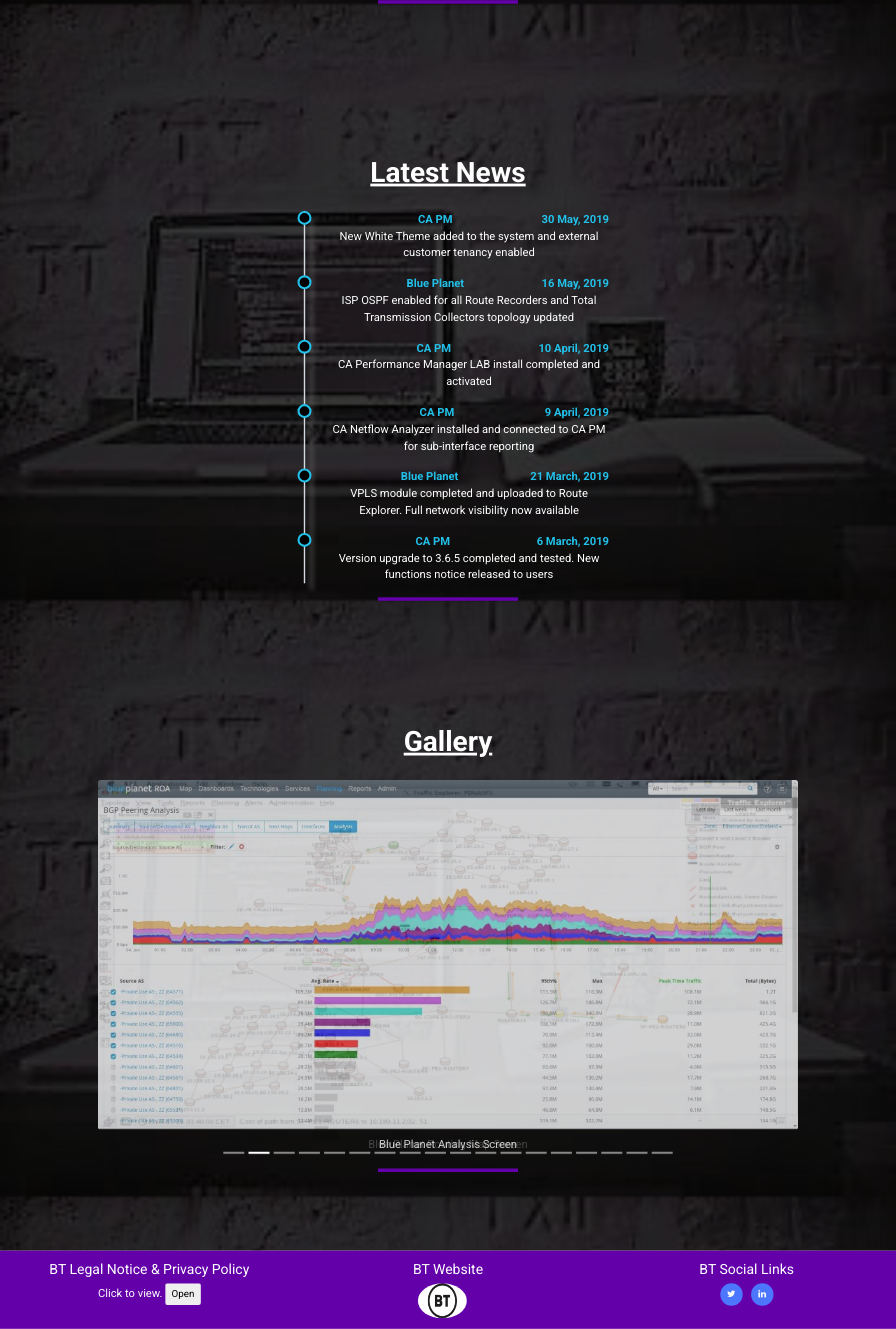
Repository: Mofarrell1967/Application-Manager
Page: index.html
The author's editor kept a record of every edit. The page is drawn from the files as they stood at one moment, then again after the next edit.
The browser window is 1280 px wide. The pictures show the part of the page from y = 845 to 2765 px (the page is 2744 px tall before and 2765 px after), at 70% of full size.
Backgrounds fixed to the window are drawn as part of the page. Some web libraries are served in a nearby version.

Above is the page before.

### index.html
<!DOCTYPE html>
<html lang="en-us">

<head>
  <meta charset="utf-8">
  <meta name="viewport" content="width=device-width, initial-scale=1.0">
  <link rel="stylesheet" href="https://maxcdn.bootstrapcdn.com/bootstrap/4.1.3/css/bootstrap.min.css">
  <link rel="stylesheet" href="https://use.fontawesome.com/releases/v5.6.1/css/all.css" integrity="sha384-gfdkjb5BdAXd+lj+gudLWI+BXq4IuLW5IT+brZEZsLFm++aCMlF1V92rMkPaX4PP" crossorigin="anonymous">
  <link rel="stylesheet" href="https://stackpath.bootstrapcdn.com/font-awesome/4.7.0/css/font-awesome.min.css" type="text/css" />
  <link href="https://fonts.googleapis.com/css?family=Roboto:400,700" rel="stylesheet">
  <link rel="stylesheet" href="css/main.css" type="text/css" />
  <title>Application Manager</title>
</head>

<body>

  <!-- Nav Bar Start -->

  <nav class="navbar no-gutters fixed-top navbar-dark navbar-expand-sm">
    <a href="index.html" class="navbar-brand">Capacity Analysis Applications</a>
    <ul class="navbar-nav navbar-brand"></ul>


    <button class="navbar-toggler ml-auto" type="button" data-toggle="collapse" data-target="#navbarNavDropdown" aria-controls="navbarNavDropdown" aria-expanded="false">
        <span class="navbar-toggler-icon"></span></button>

    <div class="collapse navbar-collapse" id="navbarNavDropdown">
      <ul class="navbar-nav ml-auto">
        <li class="nav-item"><a class="nav-link scroll" href="#news">Latest News</a></li>
        <li class="nav-item"><a class="nav-link scroll" href="#gallery">Gallery</a></li>
        <li class="nav-item"><a class="nav-link" href="about.html">About</a></li>
        <li class="nav-item"><a class="nav-link" href="metrics.html">Metrics</a></li>
        <li class="nav-item"><a class="nav-link" href="contact.html">Contact</a></li>
      </ul>
    </div>
  </nav>

  <!-- Nav Bar End -->


  <!-- Jumbotron Start -->

  <div class="container-fluid callout-container">
    <div class="opaque-overlay">&nbsp;</div>

    <div class="row">
      <div class="col-12">
        <section class="callout jumbotron text-center">
          <h1>Network Capacity Analysis Applications.</h1>
          <h2>Application Management & Information Pages.</h2>
          <hr class="block-divider">
          <p class="lead">Capacity Analysis manages and administers two reporting systems.
            <p class="main">CA Performance Manager (CAPM) and Ciena Blue Planet Route Optimisation & Assurance (BP ROA) </p>
            <p class="main">Please review the system details and functions before requesting access</p>
            <hr class="block-divider">

            <h3 class="status">Existing users can login here!</h3>
            <div class="form-group row">
              <div class="col-md-6">
                <p class="main">CA Performance Manager <button type="button" class="btn btn-outline-primary">Login</button>
              </div>
              <div class="col-md-6">
                <p class="main">BP Routing Optimisation <button type="button" class="btn btn-outline-primary">Login</button>
              </div>
            </div>

            <h3 class="main">Service Application and Server Health</h3>

            <div class="form-group row">
              <div class="col-md-6">
                <p class="main">CA Performance Manager <button type="button" class="btn btn-outline-success">System Health: Good</button>
              </div>
              <div class="col-md-6">
                <p class="main">BP Route Optimisation <button type="button" class="btn btn-outline-success">System Health: Good</button>
              </div>
            </div>
            <hr class="block-divider">


            <!-- Latest News Section Start -->


            <section-news id="news">
              <div class="col-md-6 mt-5 offset-md-3">
                <h1 class="news">Latest News</h1>

                <ul class="timeline">
                  <li>
                    <span class="nheaders">CA PM </span><span class="nheaders float-right"> 30 May, 2019</span>
                    <p>New White Theme added to the system and external customer tenancy enabled</p>
                  </li>
                  <li>
                    <span class="nheaders">Blue Planet </span><span class="nheaders float-right"> 16 May, 2019</span>
                    <p>ISP OSPF enabled for all Route Recorders and Total Transmission Collectors topology updated</p>
                  </li>
                  <li>
                    <span class="nheaders">CA PM </span><span class="nheaders float-right"> 10 April, 2019</span>
                    <p>CA Performance Manager LAB install completed and activated</p>
                  </li>
                  <li>
                    <span class="nheaders">CA PM </span><span class="nheaders float-right"> 9 April, 2019</span>
                    <p>CA Netflow Analyzer installed and connected to CA PM for sub-interface reporting</p>
                  </li>
                  <li>
                    <span class="nheaders">Blue Planet </span><span class="nheaders float-right"> 21 March, 2019</span>
                    <p>VPLS module completed and uploaded to Route Explorer. Full network visibility now available</p>
                  </li>
                  <li>
                    <span class="nheaders">CA PM </span><span class="nheaders float-right"> 6 March, 2019</span>
                    <p>Version upgrade to 3.6.5 completed and tested. New functions notice released to users</p>
                  </li>

                </ul>
                <hr class="block-divider">
              </div>
            </section-news>

            <!-- Latest News Section End -->



            <!-- Gallery Section Start -->

            <section-gallery id="gallery">
              <div id="btcarousel" class="carousel slide carousel-fade mt-5" data-ride="carousel">
                <h1 class="gallery">Gallery</h1>


                <!-- Indicators -->
                <ul class="carousel-indicators">
                  <li data-target="#btcarousel" data-slide-to="0" class="active"></li>
                  <li data-target="#btcarousel" data-slide-to="1"></li>
                  <li data-target="#btcarousel" data-slide-to="2"></li>
                  <li data-target="#btcarousel" data-slide-to="3"></li>
                  <li data-target="#btcarousel" data-slide-to="4"></li>
                  <li data-target="#btcarousel" data-slide-to="5"></li>
                  <li data-target="#btcarousel" data-slide-to="6"></li>
                  <li data-target="#btcarousel" data-slide-to="7"></li>
                  <li data-target="#btcarousel" data-slide-to="8"></li>
                  <li data-target="#btcarousel" data-slide-to="9"></li>
                  <li data-target="#btcarousel" data-slide-to="10"></li>
                  <li data-target="#btcarousel" data-slide-to="11"></li>
                  <li data-target="#btcarousel" data-slide-to="12"></li>
                  <li data-target="#btcarousel" data-slide-to="13"></li>
                  <li data-target="#btcarousel" data-slide-to="14"></li>
                  <li data-target="#btcarousel" data-slide-to="15"></li>
                  <li data-target="#btcarousel" data-slide-to="16"></li>
                  <li data-target="#btcarousel" data-slide-to="17"></li>
                </ul>


                <!-- The slideshow -->
                <div class="carousel-inner">
                  <div class="carousel-item active">
                    <img src="images/bp-analysis.jpg" alt="1" class="img-fluid rounded">
                    <h6 class="image-labels"> Blue Planet Analysis Screen</h6>
                  </div>
                  <div class="carousel-item">
                    <img src="images/bp-routing-map.png" alt="2" class="img-fluid rounded">
                    <h6 class="image-labels"> Blue Planet Routing Map Screen</h6>
                  </div>
                  <div class="carousel-item">
                    <img src="images/bp-service-overview.jpg" alt="3" class="img-fluid rounded">
                    <h6 class="image-labels"> Blue Planet Service Overview Screen</h6>
                  </div>
                  <div class="carousel-item">
                    <img src="images/bp-service.jpg" alt="4" class="img-fluid rounded">
                    <h6 class="image-labels"> Blue Planet Service Screen</h6>
                  </div>
                  <div class="carousel-item">
                    <img src="images/bp-topology.png" alt="5" class="img-fluid rounded">
                    <h6 class="image-labels"> Blue Planet Topology Screen</h6>
                  </div>
                  <div class="carousel-item">
                    <img src="images/ca-overview.jpg" alt="6" class="img-fluid rounded">
                    <h6 class="image-labels"> CA PM Overview Screen</h6>
                  </div>
                  <div class="carousel-item">
                    <img src="images/bp-traffic-performance.jpg" alt="7" class="img-fluid rounded">
                    <h6 class="image-labels"> Blue Planet Traffic Performance Screen</h6>
                  </div>
                  <div class="carousel-item">
                    <img src="images/bp-traffic-report.png" alt="8" class="img-fluid rounded">
                    <h6 class="image-labels"> Blue Planet Traffic Report Screen</h6>
                  </div>
                  <div class="carousel-item">
                    <img src="images/ca-polling.jpg" alt="9" class="img-fluid rounded">
                    <h6 class="image-labels"> CA PM Polling Status Screen</h6>
                  </div>
                  <div class="carousel-item">
                    <img src="images/ca-summary.jpg" alt="10" class="img-fluid rounded">
                    <h6 class="image-labels"> CA PM Summary Screen</h6>
                  </div>
                  <div class="carousel-item">
                    <img src="images/ca-group-trend.jpg" alt="11" class="img-fluid rounded">
                    <h6 class="image-labels"> CA PM Group Trend Screen</h6>
                  </div>
                  <div class="carousel-item">
                    <img src="images/ca-interface.jpg" alt="12" class="img-fluid rounded">
                    <h6 class="image-labels"> CA PM Interface Screen</h6>
                  </div>
                  <div class="carousel-item">
                    <img src="images/ca-map.png" alt="13" class="img-fluid rounded">
                    <h6 class="image-labels"> CA PM Map Screen</h6>
                  </div>
                  <div class="carousel-item">
                    <img src="images/ca-status-card.jpg" alt="14" class="img-fluid rounded">
                    <h6 class="image-labels"> CA PM Status Card Screen</h6>
                  </div>
                  <div class="carousel-item">
                    <img src="images/capacity-planning.jpg" alt="15" class="img-fluid rounded">
                    <h6 class="image-labels"> Blue Planet Capacity Planning Screen</h6>
                  </div>
                  <div class="carousel-item">
                    <img src="images/device-health.jpg" alt="16" class="img-fluid rounded">
                    <h6 class="image-labels"> CA PM Device Health Screen</h6>
                  </div>
                  <div class="carousel-item">
                    <img src="images/executive.jpg" alt="17" class="img-fluid rounded">
                    <h6 class="image-labels"> Blue Planet Executive Summary Screen</h6>
                  </div>
                </div>
                <hr class="block-divider">
              </div>
            </section-gallery>

            <!-- Gallery Section End -->

        </section>
      </div>
    </div>
  </div>

  <!-- Jumbotron End -->



  <!-- Footer Modal Start -->


  <div class="modal" tabindex="-1" role="dialog" id="PPModal">
    <div class="modal-dialog modal-dialog-scrollable">
      <div class="modal-content">
        <div class="modal-header">
          <h5 class="modal-title">Legal Notice & Privacy Policy</h5>
          <button type="button" class="close" data-dismiss="modal" aria-label="Close">
          <span aria-hidden="true">&times;</span>
        </button>
        </div>
        <div class="modal-body">
          <h3>General Disclaimer</h3>

          <p>BT has taken every effort to ensure the content accuracy of website, but neither BT nor its contractors accept responsibility for any errors or omissions in such content.</p>
          <p>Neither BT nor any third party who provides content to this website shall liable in respect of the content or its accuracy. You, the User, access the site and use the content, products and services at your own risk.</p>
          <p>BT disclaims all responsibility and liability of any description including liability for negligence, incidental or consequential damages and or loss (to include loss of profits, loss of use or loss of data) suffered by any person acting or refraining
            from acting as a result of or in connection with material on this website to include any reliance placed by such person on such material, or the viewing , use or performance of this website or its contents, whether with the required authority
            or otherwise.
            <p>BT may at any time revise, amend, alter or delete this information without liability.</p>
            <p>This website is governed, interpreted and construed in accordance with the law in the Republic of Ireland, whose courts have exclusive jurisdiction over any disputes or actions arising on this website</p>
            <h3>ComReg Code for Tariff Presentation</h3>
            <p>BT is required to adhere to the principles set out in the ComReg Code for Tariff Presentation. This Code requires the presentation of accurate and comprehensive tariff information that is accessible to the consumer. BT complies with the Code,
              a full copy of which can be accessed on the ComReg website.</p>
            <h3>Privacy Notice</h3>
            <h4>Who is BT?</h4>
            <p> BT Communications Ireland Limited (‘BT’) is a wholly owned subsidiary of BT Group plc, and a fully integrated division of BT Major and Public Sector. BT Communications Ireland Limited, trading as BT or BT Ireland, is registered in Ireland
              under number company registration number 141524 and its registered address is BT, Grand Canal Plaza, Upper Grand Canal Street, Dublin 4, Republic of Ireland, Tel: +353 1 432 5000 Freephone: 1800 923 222</p>
            <h4>Why does BT have a Privacy Notice?</h4>
            <p>At BT, we take privacy very seriously. Protecting your information and respecting your privacy is fundamental to the way we do things. If you want to know more about how we collect and use your personal information in different situations,
              have a look at the dedicated sections of the Privacy Centre here www.btplc.com/privacycentre/index.htm</p>
            <p>Please read the policies in the Privacy Centre along with the terms and conditions of any particular service you’re using. We may change the policies in our Privacy Centre from time to time. We’ll publish any new policies on our Privacy Centre,
              any other relevant websites and our terms and conditions (if applicable).By visiting and browsing our website and using our services you indicate your agreement to our use of your personal information as set out in this Privacy Policy. We
              may change our privacy policy from time to time.</p>
            <h4>What is not covered by the Privacy notice?</h4>
            <p>Third party sites, applications and social media, including products and services that you can link to from our websites aren’t covered by the policies in our Privacy Centre, so we urge you to be careful when you enter any personal information
              online or use applications and social media features. You should review the privacy policy of such sites before providing your personal information. As we don’t control those third party sites and their practices, we don’t accept any responsibility
              or liability for these sites.</p>
            <h4>What about when I visit your websites?</h4>
            <p>For details about information we collect when you visit our websites and the cookies we use please click the link here http://www.btplc.com/privacycentre/Onlineprivacy/index.htm.</p>
            <h4>How can I find out what personal information BT holds about me and change it if inaccurate?</h4>
            <p>If you want a copy of your billing information, log on to your MyBT online account or you can contact BT Ireland by phone, at Tel: 1800 924 929 or at the addresses listed below. BT Ireland, 2 Grand Canal Plaza, Upper Grand Canal Street, Dublin
              4.Alternatively you can contact us through our online Customer Enquiry form. (You must be the account holder to ask for this information.) If you want to see what contact information we hold about you, you can also log in to your account.
              It’s quick and simple to access it this way. You can also ask us for a copy of the information we hold about you using our online form here. Or write to us at BT to the Data Protection Manager, BT Ireland, 2 Grand Canal Plaza, Upper Grand
              Canal Street, Dublin 4. If you work for one of our corporate customers, please ask your employer – they’ll ask for this on your behalf. It will normally take us up to one month to get back to you but could take longer (up to a further two
              months) if it’s a complicated request or we get a lot of requests at once. We’ll reply electronically unless you ask us to send the information by post.</p>
        </div>
        <button type="button" class="btn btn-danger" data-dismiss="modal">Close</button>
      </div>
    </div>
  </div>



  <!-- Footer Modal End -->



  <!-- Page Footer Start -->


  <footer class="container-fluid footer text-center">

    <div class="row">
      <div class="col-sm-4">
        <h5 class="uppercase">BT Legal Notice & Privacy Policy</h5>
        <p class="inline-block">
          Click to view.
          <button class="btn btn-sm" data-toggle="modal" data-target="#PPModal">Open</button></p>
      </div>
      <div class="d-none d-sm-block col-sm-4">
        <h5 class="uppercase">BT Website</h5>
        <a target="_blank" href="https://btireland.com/"><img src="images/bt.jpg" class="rounded-circle mr-3" height=50 width=70 alt="No Image available/"></a>
      </div>
      <div class="col-sm-4">
        <h5 class="uppercase">BT Social Links</h5>
        <ul class="list-inline sm-links">
          <li class="list-inline-item">
            <a target="_blank" href="https://twitter.com/btinireland">
                            <i class="fa fa-twitter" aria-hidden="true"></i>
                            <span class="sr-only">Twitter</span></a>
          </li>
          <li class="list-inline-item">
            <a target="_blank" href="https://www.linkedin.com/company/bt-ireland">
                            <i class="fa fa-linkedin" aria-hidden="true"></i>
                            <span class="sr-only">LinkedIn</span> </a>
          </li>
        </ul>
      </div>
    </div>
  </footer>

  <!-- Page Footer End -->



  <!-- Script Start -->

  <script src="https://code.jquery.com/jquery-3.3.1.slim.min.js" integrity="sha384-q8i/X+965DzO0rT7abK41JStQIAqVgRVzpbzo5smXKp4YfRvH+8abtTE1Pi6jizo" crossorigin="anonymous"></script>
  <script src="https://cdnjs.cloudflare.com/ajax/libs/popper.js/1.14.3/umd/popper.min.js" integrity="sha384-ZMP7rVo3mIykV+2+9J3UJ46jBk0WLaUAdn689aCwoqbBJiSnjAK/l8WvCWPIPm49" crossorigin="anonymous"></script>
  <script src="https://stackpath.bootstrapcdn.com/bootstrap/4.1.3/js/bootstrap.min.js" integrity="sha384-ChfqqxuZUCnJSK3+MXmPNIyE6ZbWh2IMqE241rYiqJxyMiZ6OW/JmZQ5stwEULTy" crossorigin="anonymous"></script>

  <!-- Smooth Scroll courtesy of github/cferdinandi -->
  <script src="js/smooth-scroll.min.js"></script>
  <script>
    var scroll = new SmoothScroll('a[href*="#"]');
  </script>

  <!-- Script End -->


</body>

</html>

Loaded but not shown: js/smooth-scroll.min.js (library); css/main.css (296 lines, source omitted)

After the next edit:
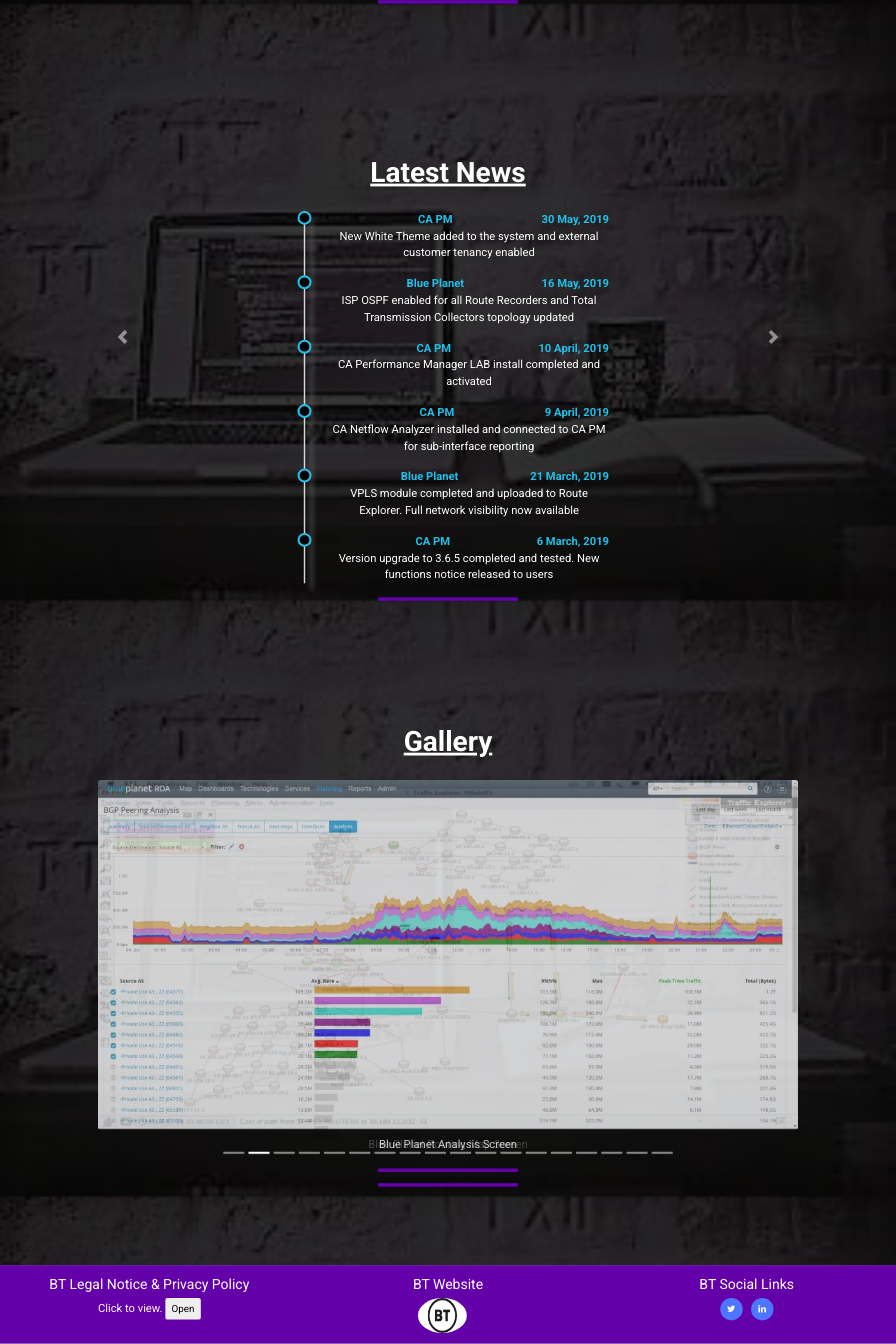
The edit:
--- a/index.html
+++ b/index.html
@@ -222,6 +222,18 @@
                 </div>
                 <hr class="block-divider">
               </div>
+
+
+              <!-- Left and right controls -->
+                <a class="carousel-control-prev" href="#btcarousel" data-slide="prev">
+    <span class="carousel-control-prev-icon"></span>
+  </a>
+                <a class="carousel-control-next" href="#btcarousel" data-slide="next">
+    <span class="carousel-control-next-icon"></span>
+  </a>
+                <hr class="block-divider block-divider-purple">
+              </div>
+
             </section-gallery>
 
             <!-- Gallery Section End -->
